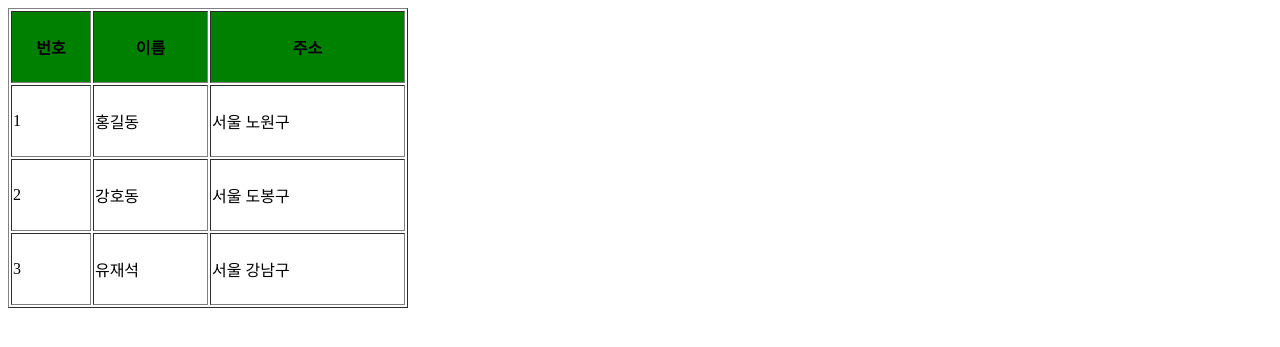
Repository: sungeunbyeol/Nowon-ezen-jsp
Page: test/WebContent/test08.html
The author's editor kept a copy of each file at every save. The page is drawn from the files as they stood at one save, then again after the next save.
The browser window is 1280 px wide. The pictures show the whole page.

Above is the page before, as saved 2021-11-02 03:23:33.

After the next save:
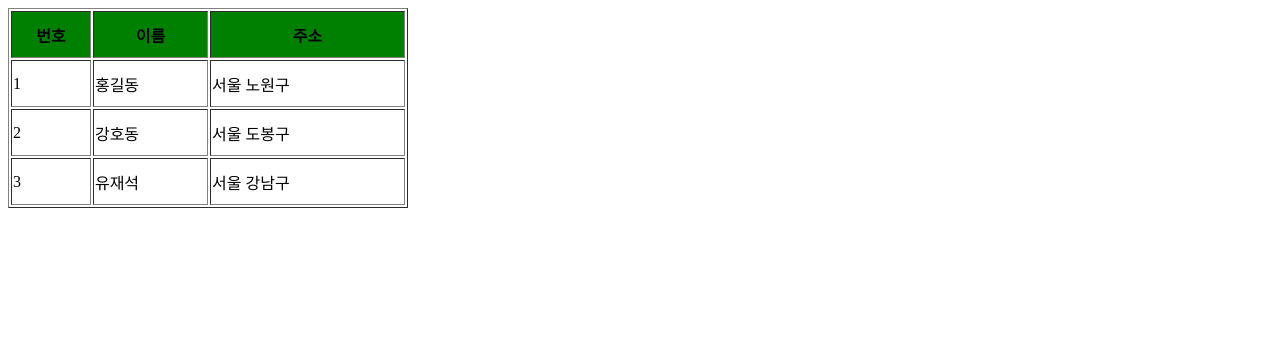
Saved 7 s later.
--- a/test/WebContent/test08.html
+++ b/test/WebContent/test08.html
@@ -6,7 +6,7 @@
 <title>표만들기</title>
 </head>
 <body>
-	<table border="1"  width="400" height="300">
+	<table border="1"  width="400" height="200">
 		<tr bgcolor="green">
 			<th>번호</th>
 			<th>이름</th>
